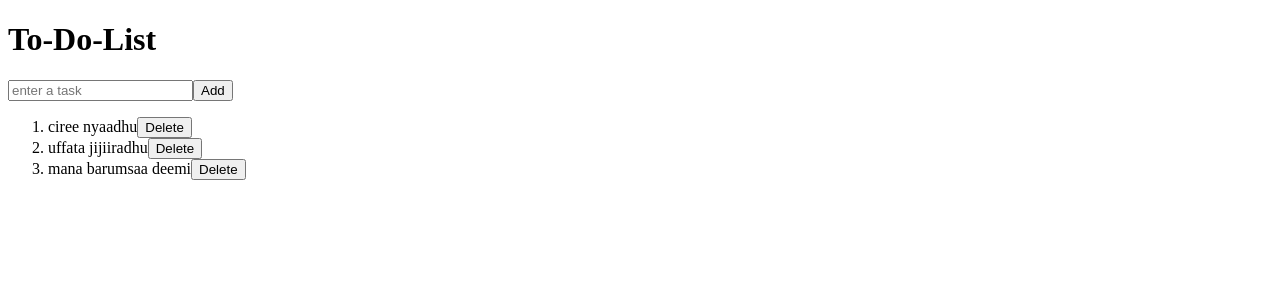
Repository: wakoya-tech/to-do-list-app
Page: /
These files come from the project's save history. The page is drawn as it stood at one moment and after the next save; the edit follows.
The browser window is 1280 px wide. The pictures show the whole page.
The project was rebuilt for these pictures with package versions that can differ from the ones it lists, and the page was loaded fresh each time. Also part of the build but not shown: vite.config.js, src/App.css, src/index.css.

Above is the page before, as saved 2025-10-16 15:43:08.

After the next save:
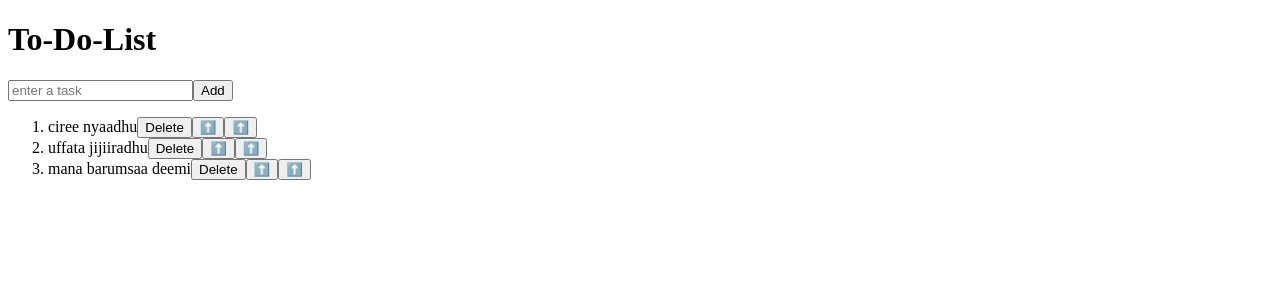
Saved 37 min 3 s later.
--- a/src/ToDoList.jsx
+++ b/src/ToDoList.jsx
@@ -31,6 +31,8 @@ function ToDoList() {
     <span className='text'>
         {task}
     <button className='delete-button' onChange={deleteTask}>Delete</button>
+    <button className='move-up-button'onClick={moveTaskUp}>⬆️</button>
+    <button className='move-down-button'onClick={moveTaskDown}>⬆️</button>
     </span>
     </li>)}
 </ol>
